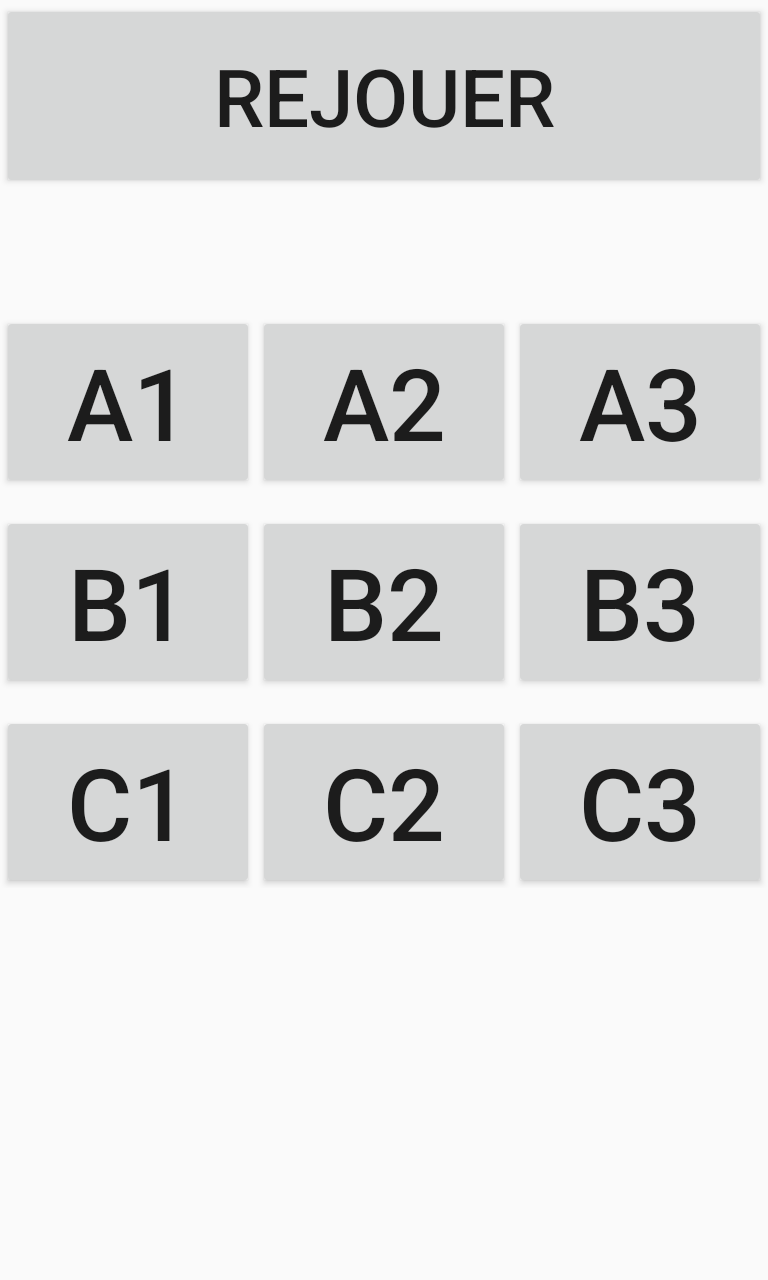
Repository: chakrinamo/Projet_S4_TicTacToe
Layout: Tic_Tac_Toe/res/layout/activity_main.xml
The author's editor kept a copy of each file at every save. The layout is drawn from the files as they stood at one save, then again after the next save.
It is drawn on a 768 x 1280 px phone screen (xhdpi) without system bars, with theme AppTheme; the app's code is not run.

Above is the layout before, as saved 2015-02-21 10:07:43.

After the next save:
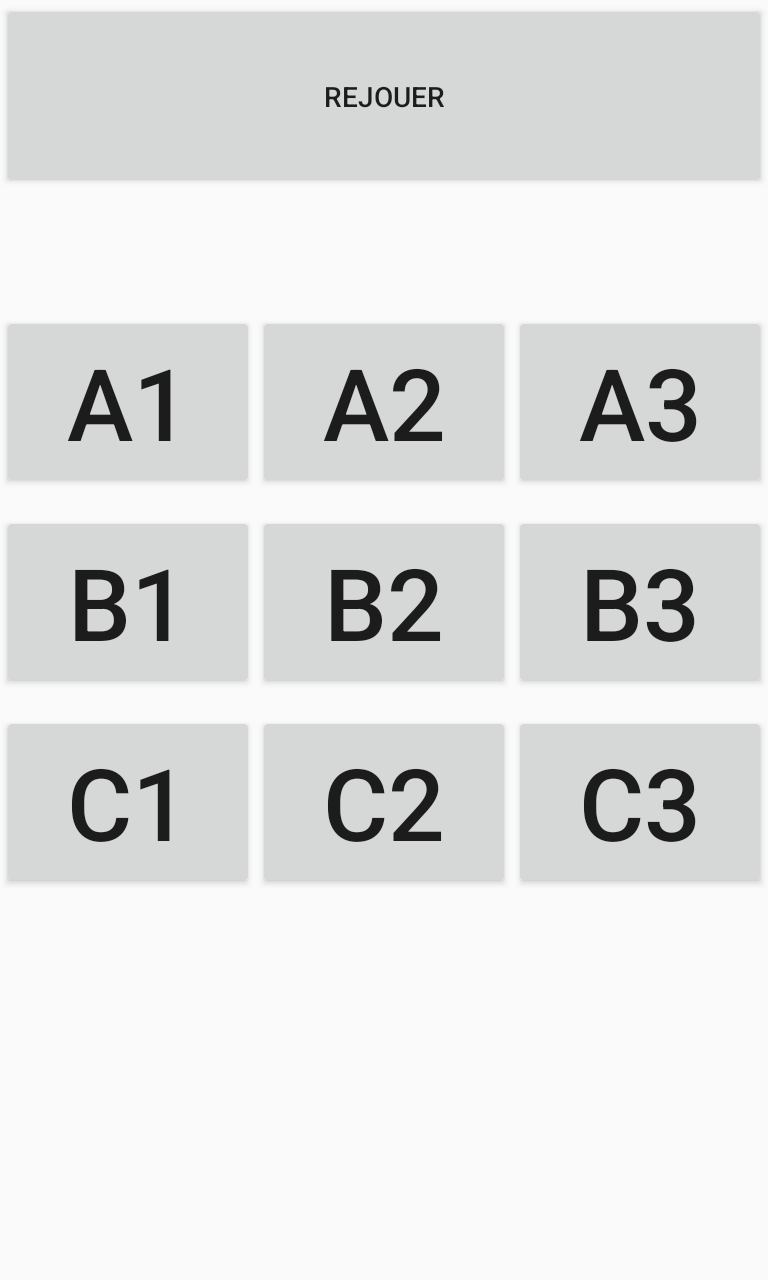
Saved 60 s later.
--- a/Tic_Tac_Toe/res/layout/activity_main.xml
+++ b/Tic_Tac_Toe/res/layout/activity_main.xml
@@ -15,8 +15,7 @@
             android:layout_width="fill_parent"
             android:layout_height="96dp"
             android:layout_marginBottom="60dp"
-            android:text="REJOUER"
-            android:textSize="40"/>
+            android:text="REJOUER"/>
 
     </LinearLayout>
 
@@ -32,8 +31,7 @@
             android:layout_height="90dp"
             android:layout_weight="1"
             android:text="A1"
-            android:textSize="50"
-            />
+            android:textSize="50"/>
 
         <Button
             android:id="@+id/A2"
